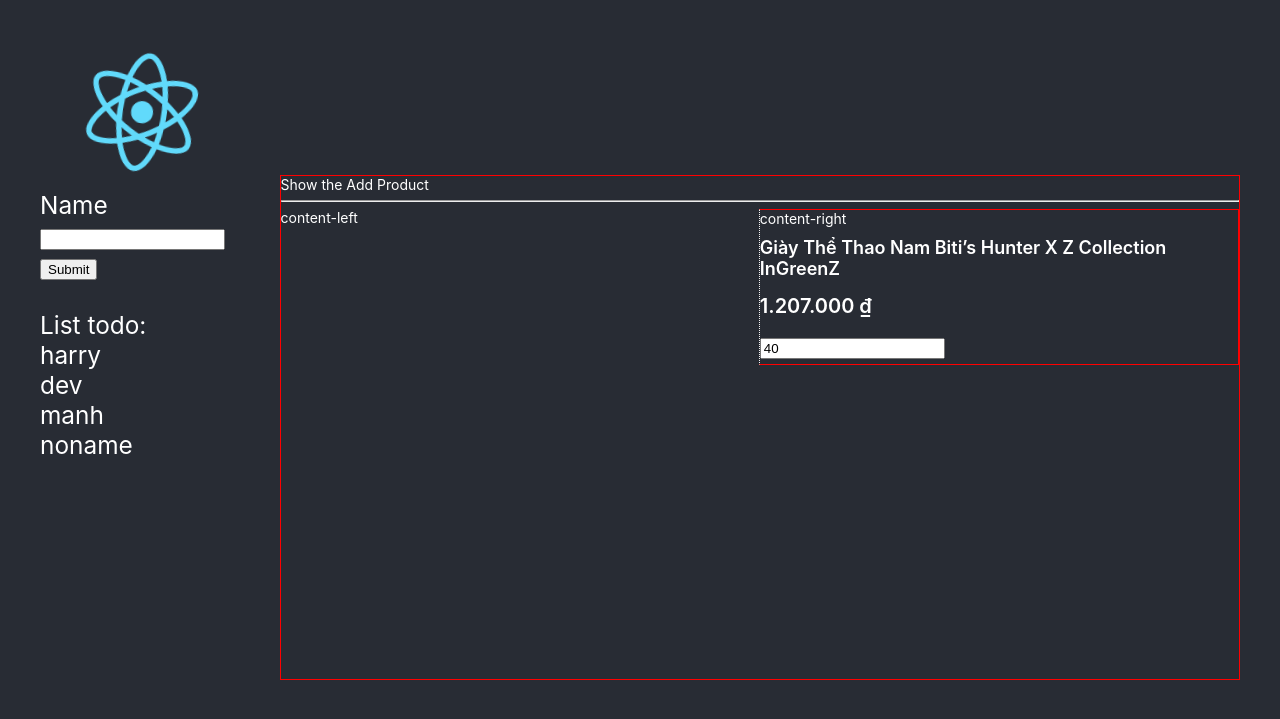
Repository: minh66hn/base-react-hook
Page: /
These files come from the project's save history. The page is drawn as it stood at one moment and after the next save; the edit follows.
The browser window is 1280 px wide. The pictures show the whole page.
The project was rebuilt for these pictures with package versions that can differ from the ones it lists, and the page was loaded fresh each time.

Above is the page before, as saved 2022-05-01 17:12:07.

After the next save:
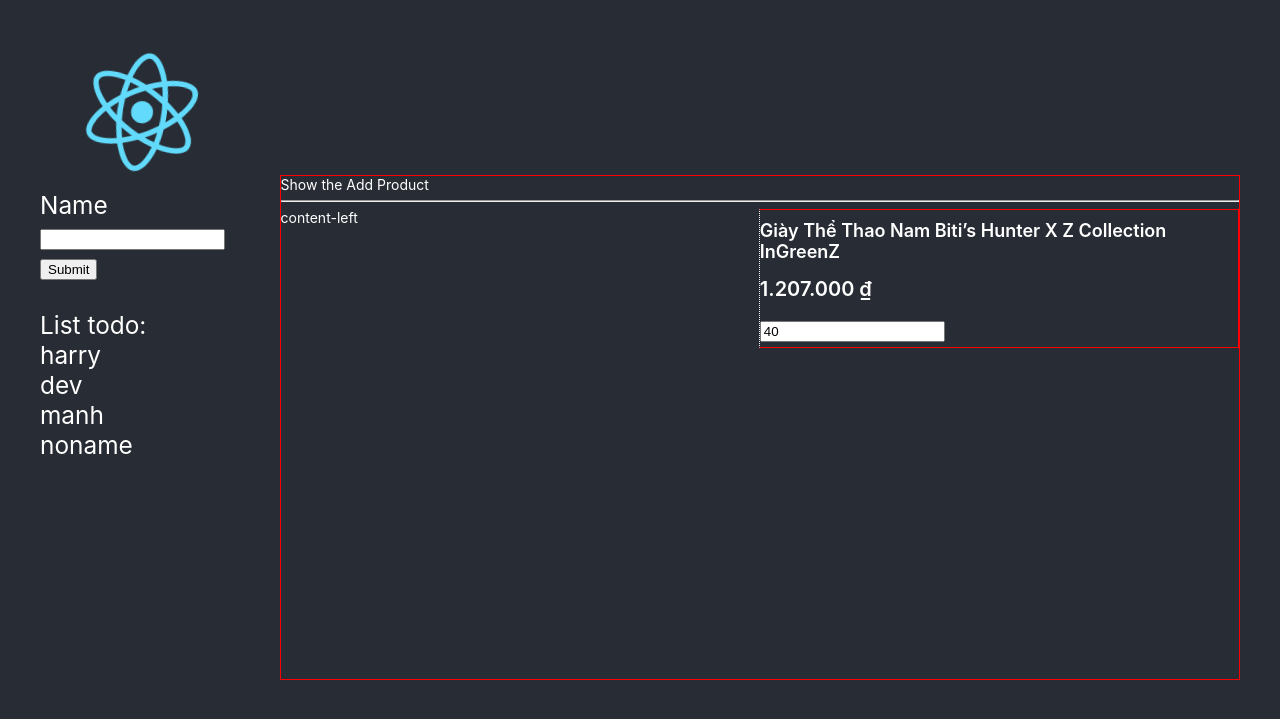
Saved 71 s later.
--- a/src/components/Products/Product.js
+++ b/src/components/Products/Product.js
@@ -5,7 +5,6 @@
     <div className="products-container">
       <div className="content-left">content-left</div>
       <div className="content-right">
-        content-right
         <div className="title">
           Giày Thể Thao Nam Biti’s Hunter X Z Collection InGreenZ
         </div>
